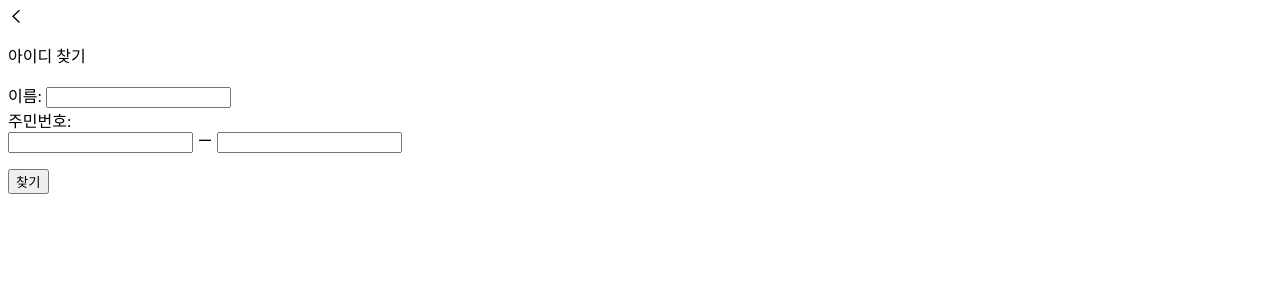
Repository: PEPI-dev/UI
Page: find_id_pw/findId.html
The author's editor kept a copy of each file at every save. The page is drawn from the files as they stood at one save, then again after the next save.
The browser window is 1280 px wide. The pictures show the whole page.

Above is the page before, as saved 2023-12-05 16:22:25.

After the next save:
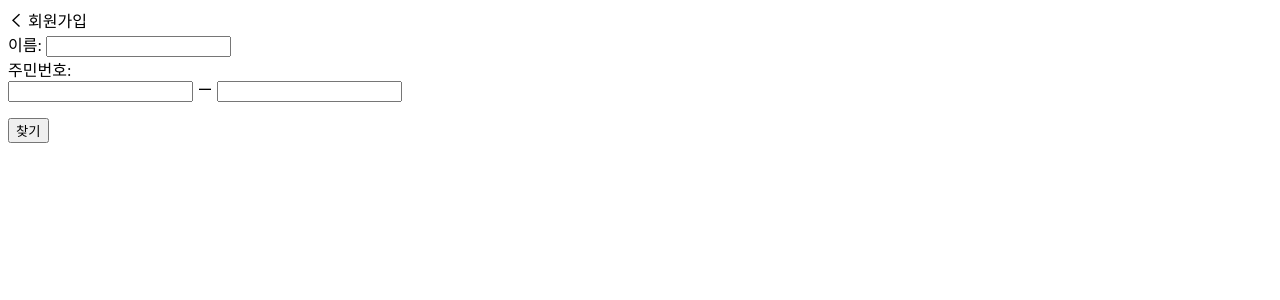
Saved 3 min 41 s later.
--- a/find_id_pw/findId.html
+++ b/find_id_pw/findId.html
@@ -11,9 +11,10 @@
 
 <body>
 
-    <div id="div_back"><i class="xi-angle-left" id="back"></i>
-        <p id="txt_login">아이디 찾기</p>
-    </div>
+    <header>
+        <i class="xi-angle-left" id="back"></i>
+        <span class="title">회원가입</span>
+    </header>
 
     <div id="container">
         <form action="#">
